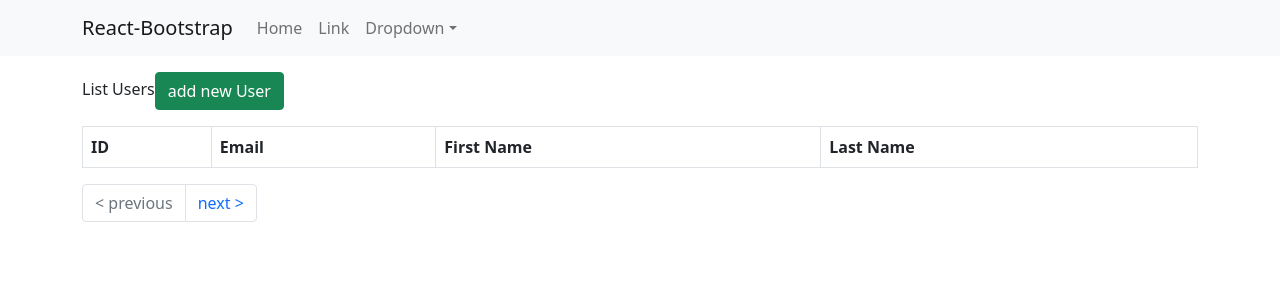
Repository: hieuche123/practice-reactjs
Page: /
These files come from the project's save history. The page is drawn as it stood at one moment and after the next save; the edit follows.
The browser window is 1280 px wide. The pictures show the whole page.
The page's requests for data from a server got no answer. The project was rebuilt for these pictures with package versions that can differ from the ones it lists, and the page was loaded fresh each time. No one was signed in, and anything a server would have sent is missing.

Above is the page before, as saved 2023-03-21 21:32:46.

After the next save:
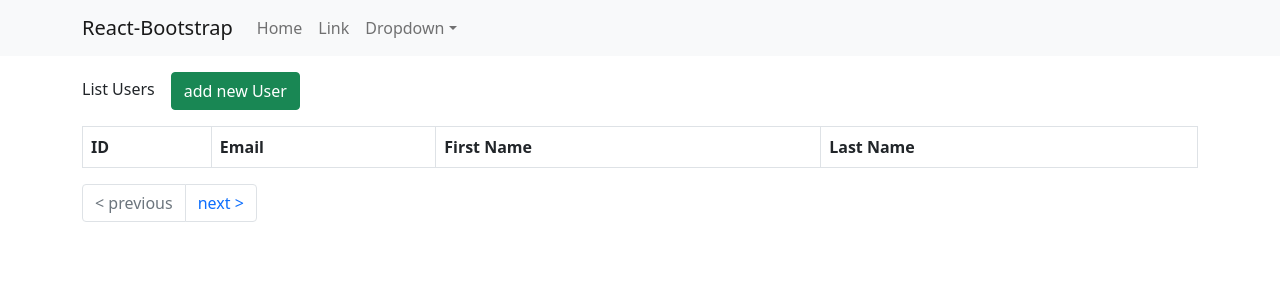
Saved 16 s later.
--- a/src/App.js
+++ b/src/App.js
@@ -11,7 +11,7 @@ function App() {
       <Container>
         <div className='my-3'>
           List Users
-          <button className='btn btn-success'>add new User</button>
+          <button className='mx-3 btn btn-success'>add new User</button>
         </div>
         <TableUsers/>
       </Container>
